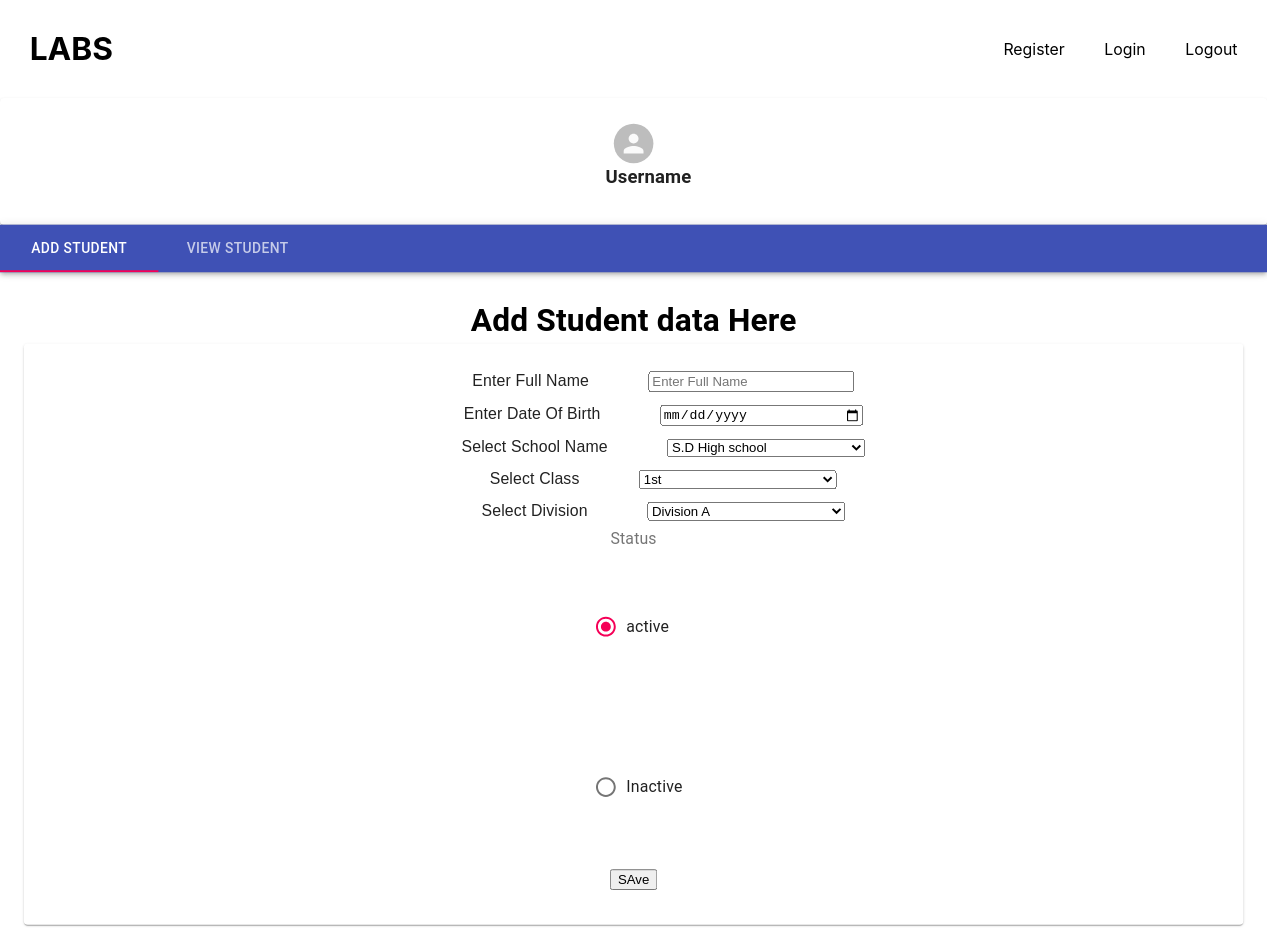
Repository: Prafullkuma/labsdata
Page: /admin
These files come from the project's save history. The page is drawn as it stood at one moment and after the next save; the edit follows.
The browser window is 1280 px wide. The pictures show the whole page, at 99% of full size.
The project was rebuilt for these pictures with package versions that can differ from the ones it lists, and the page was loaded fresh each time. Also part of the build but not shown: src/Component/Student/ViewStudent.js, src/Component/Main.js, src/Auth/Login.js, src/Auth/Signup.js, src/Auth/Logout.js.

Above is the page before, as saved 2020-08-25 18:46:31.

After the next save:
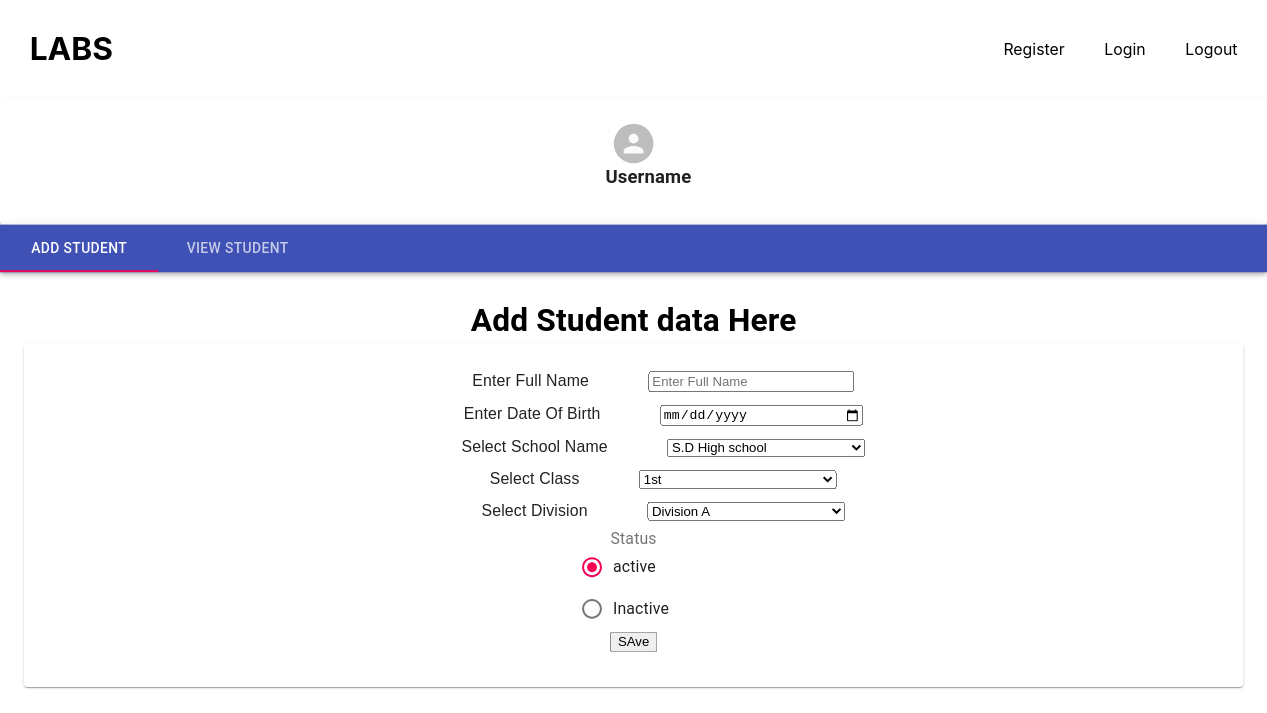
Saved 32 s later.
--- a/src/Component/Student/Addstudent.js
+++ b/src/Component/Student/Addstudent.js
@@ -83,7 +83,7 @@ function Addstudent() {
                                 </select>
 
                             </div>
-                            <div className="Data_use">
+                            <div className="Data_use1">
 
                                 <FormControl component="fieldset">
                                     <FormLabel component="legend">Status</FormLabel>
